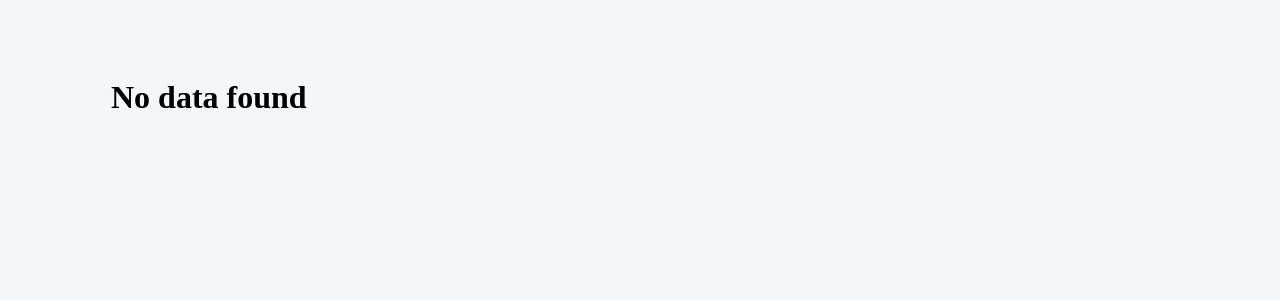
Repository: Dedoxa/blogPlatfom
Page: /
These files come from the project's save history. The page is drawn as it stood at one moment and after the next save; the edit follows.
The browser window is 1280 px wide. The pictures show the whole page.
The page's requests for data from a server got no answer. The project was rebuilt for these pictures with package versions that can differ from the ones it lists, and the page was loaded fresh each time. No one was signed in, and anything a server would have sent is missing. Also part of the build but not shown: vite.config.js, src/redux/actions.js, src/components/TransferFilters/TransferFilters.module.scss, src/components/TransferFilters/TransferFilters.jsx, src/AppIcon/AppIcon.module.scss, src/components/AppIcon/AppIcon.jsx, src/components/PriceFilters/PriceFilters.jsx, src/components/TicketCard/TicketCard.module.scss and 3 more.

Above is the page before, as saved 2024-11-07 20:57:29.

### index.html
<!doctype html>
<html lang="en">
  <head>
    <meta charset="UTF-8" />
    <meta name="viewport" content="width=device-width, initial-scale=1.0" />
    <title>AviasalesTickets</title>
  </head>
  <body>
    <div id="root"></div>
    <script type="module" src="/src/main.jsx"></script>
  </body>
</html>

### src/main.jsx
import { StrictMode } from 'react';
import { createRoot } from 'react-dom/client';
import { Provider } from 'react-redux';

import store from './redux/store.js';
import App from './App.jsx';

createRoot(document.getElementById('root')).render(
  <StrictMode>
    <Provider store={store}>
      <App />
    </Provider>
  </StrictMode>
);

### src/redux/store.js
import { configureStore } from '@reduxjs/toolkit';

import { aviaTickets } from '../AppAPI';

import { checkTransferFilters, checkPriceFilter } from './reducers';

const loggerMiddleware = (store) => (next) => (action) => {
  const result = next(action);
  console.log('State: ', store.getState());
  return result;
};

const store = configureStore({
  reducer: {
    transferFilters: checkTransferFilters,
    priceFilter: checkPriceFilter,
    [aviaTickets.reducerPath]: aviaTickets.reducer,
  },
  middleware: (getDefaultMiddleware) => getDefaultMiddleware().concat(loggerMiddleware, aviaTickets.middleware),
});

export default store;

### src/App.jsx
import TransferFilters from './components/TransferFilters/TransferFilters.jsx';
import AppIcon from './components/AppIcon/AppIcon.jsx';
import PriceFilters from './components/PriceFilters/PriceFilters.jsx';
import TicketCard from './components/TicketCard/TicketCard.jsx';
import ShowMoreButton from './components/ShowMoreButton/ShowMoreButton.jsx';
import classes from './App.module.scss';
import { useGetIDQuery, useGetTicketsQuery } from './AppAPI.js';

function App() {
  const { data: idData, isLoading: isLoadingID } = useGetIDQuery();
  const id = idData?.id;
  console.log('id: ', id);

  const { data: dataById, isLoading: isLoadingData } = useGetTicketsQuery(id, {
    skip: !id,
  });

  if (isLoadingID) return <h1>Loading ID...</h1>;
  if (isLoadingData) return <h1>Loading Data...</h1>;
  if (!dataById) return <h1>No data found</h1>;

  return (
    <main className={classes.App}>
      <AppIcon />
      <div style={{ display: 'flex', gap: '20px', justifyContent: 'center' }}>
        <TransferFilters />
        <div className={classes['priceFiltersAndTicketsContainer']}>
          <PriceFilters />
          {/* {data.map((ticket) => (
            <TicketCard key={data.indexOf(ticket)} />
          ))} */}
          <h1>Data for ID: {id}</h1>
          <p>{JSON.stringify(dataById)}</p>
          <ShowMoreButton />
        </div>
      </div>
    </main>
  );
}

export default App;

### src/AppAPI.js
import { createApi, fetchBaseQuery } from '@reduxjs/toolkit/query/react';

export const aviaTickets = createApi({
  reducerPath: 'aviaTickets',
  baseQuery: fetchBaseQuery({ baseUrl: 'https://aviasales-test-api.kata.academy' }),
  endpoints: (builder) => ({
    getID: builder.query({
      query: () => '/search',
    }),
    getTickets: builder.query({
      query: (id) => `/tickets?searchId=${id}`,
    }),
  }),
});

//  https://aviasales-test-api.kata.academy/search
// `https://aviasales-test-api.kata.academy/tickets?searchId=${searchId}`

export const { useGetIDQuery } = aviaTickets;
export const { useGetTicketsQuery } = aviaTickets;

### src/redux/reducers.js
import changeParticularTransferFilter from './supportFunctions';

export const checkTransferFilters = (
  state = ['ALL', 'WITHOUT_TRANSFER', 'ONE_TRANSFER', 'TWO_TRANSFERS', 'THREE_TRANSFERS'],
  action
) => {
  switch (action.type) {
    case 'ALL':
      if (state.includes('ALL')) {
        return [];
      } else {
        return ['ALL', 'WITHOUT_TRANSFER', 'ONE_TRANSFER', 'TWO_TRANSFERS', 'THREE_TRANSFERS'];
      }
    case 'WITHOUT_TRANSFER':
      return changeParticularTransferFilter(state, 'WITHOUT_TRANSFER');
    case 'ONE_TRANSFER':
      return changeParticularTransferFilter(state, 'ONE_TRANSFER');
    case 'TWO_TRANSFERS':
      return changeParticularTransferFilter(state, 'TWO_TRANSFERS');
    case 'THREE_TRANSFERS':
      return changeParticularTransferFilter(state, 'THREE_TRANSFERS');
    default:
      return state;
  }
};

export const checkPriceFilter = (state = 'CHEAPEST', action) => {
  switch (action.type) {
    case 'CHEAPEST':
      return 'CHEAPEST';
    case 'FASTEST':
      return 'FASTEST';
    case 'OPTIMAL':
      return 'OPTIMAL';
    default:
      return state;
  }
};

### src/App.module.scss
@font-face {
  font-family: 'Open Sans';
  font-style: normal;
  font-weight: 400;
  src: local(sans-serif) url('https://fonts.googleapis.com/css2?family=Open+Sans:ital,wght@0,300..800;1,300..800&display=swap');
}

.contentBox {
  display: inline-block;
  font-family: 'Open Sans', sans-serif;
  background-color: #fff;
  border-radius: 5px;
  box-shadow: 0 2px 8px 0 rgba(0, 0, 0, 0.1);
  padding: 20px;
}

body {
  background-color: #f3f7fa;
  padding: 50px 103px;
}

.App {
  .priceFiltersAndTicketsContainer {
    display: flex;
    flex-direction: column;
    gap: 20px;
  }
}

### src/redux/supportFunctions.js
const toExcluded = (array, elementName) => {
  const idx = array.findIndex((element) => element === elementName);
  return array.toSpliced(idx, 1);
};

const changeParticularTransferFilter = (stateArray, filterName) => {
  if (stateArray.includes(filterName)) {
    const cutOutArray = toExcluded(stateArray, filterName);
    if (stateArray.includes('ALL')) {
      return toExcluded(cutOutArray, 'ALL');
    } else {
      return cutOutArray;
    }
  } else {
    const supplementedArray = stateArray.concat([filterName]);
    if (
      supplementedArray.includes('WITHOUT_TRANSFER') &&
      supplementedArray.includes('ONE_TRANSFER') &&
      supplementedArray.includes('TWO_TRANSFERS') &&
      supplementedArray.includes('THREE_TRANSFERS')
    ) {
      return ['ALL', 'WITHOUT_TRANSFER', 'ONE_TRANSFER', 'TWO_TRANSFERS', 'THREE_TRANSFERS'];
    } else {
      return supplementedArray;
    }
  }
};

export default changeParticularTransferFilter;

After the next save:
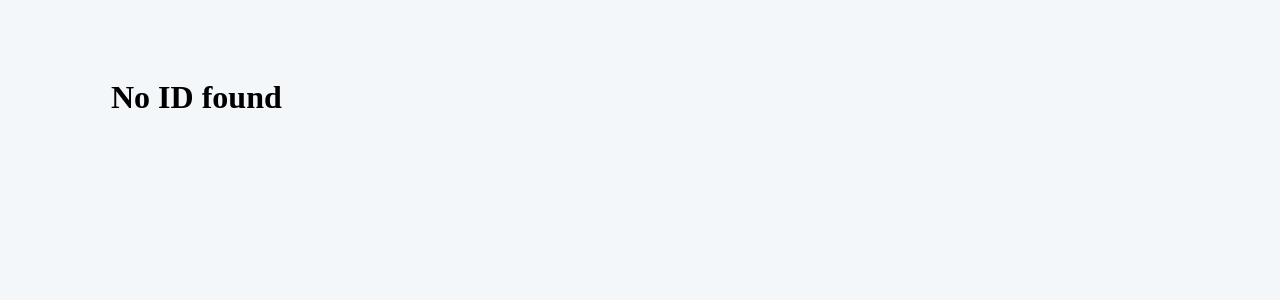
Saved 2 min 35 s later.
--- a/src/App.jsx
+++ b/src/App.jsx
@@ -16,6 +16,7 @@ function App() {
   });
 
   if (isLoadingID) return <h1>Loading ID...</h1>;
+  if (!id) return <h1>No ID found</h1>;
   if (isLoadingData) return <h1>Loading Data...</h1>;
   if (!dataById) return <h1>No data found</h1>;
 
